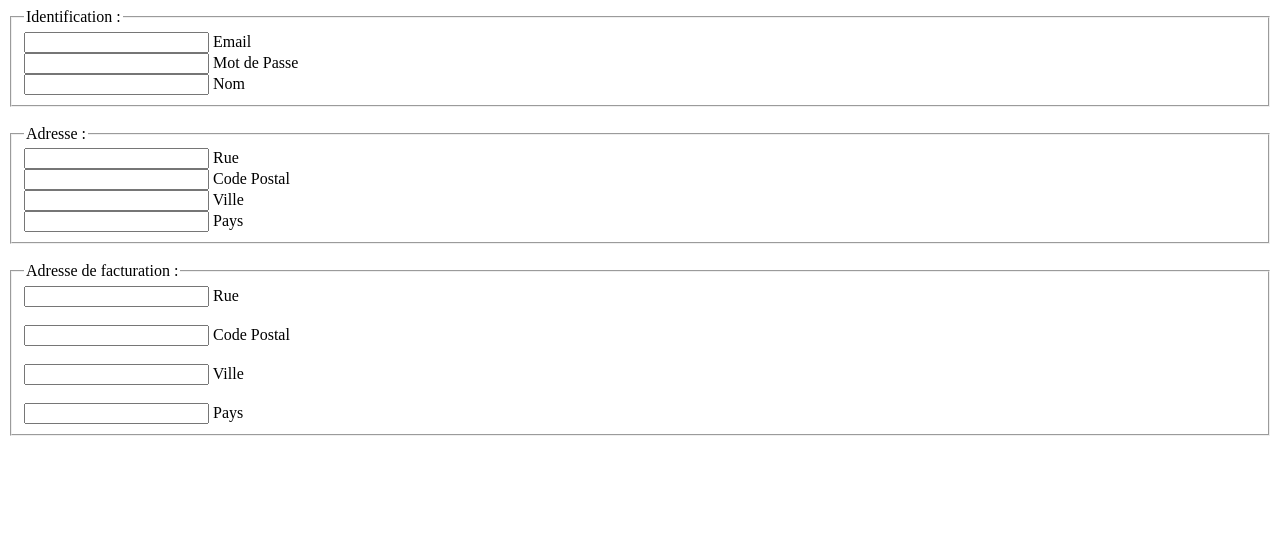
Repository: Tanox2450/ProjetFinalFrontWeb
Page: http://localhost/BoVoyageFrontOffice/fragments/formulaire.jsp
An editor plug-in stored every save of this project. The page is shown before and after the next save, followed by the edit.
The browser window is 1280 px wide. The pictures show the whole page.
The page is served by Tomcat 9.

Above is the page before, as saved 2015-08-24 12:55:47.

After the next save:
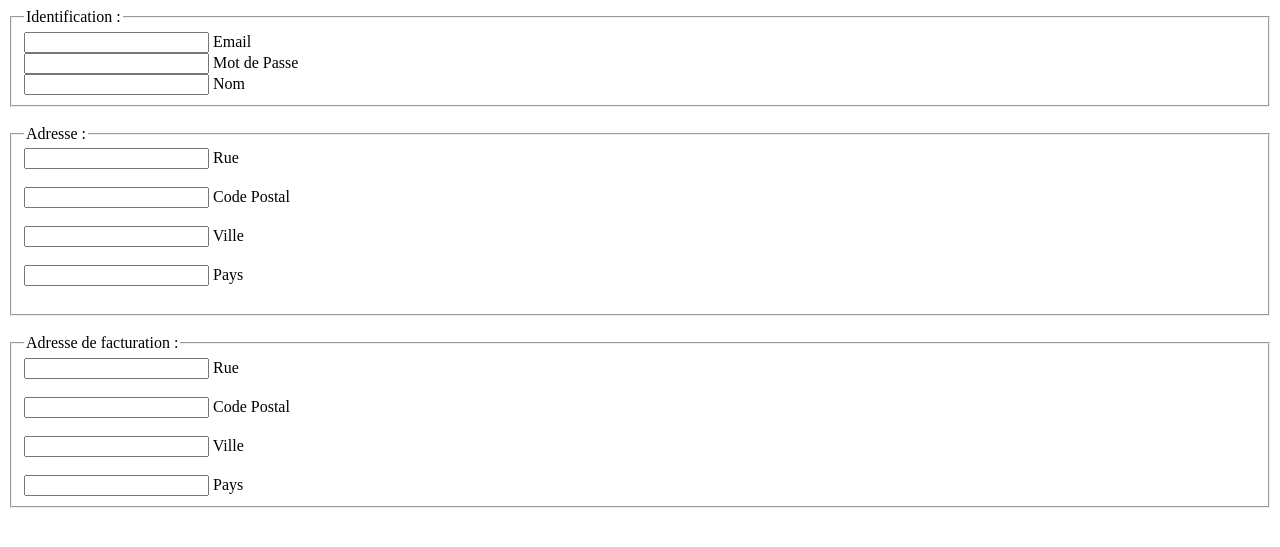
Saved 13 s later.
--- a/BoVoyageFrontOffice/WebContent/fragments/formulaire.jsp
+++ b/BoVoyageFrontOffice/WebContent/fragments/formulaire.jsp
@@ -35,22 +35,26 @@
 				<input class="mdl-textfield__input" type="text" name="street"
 					id="street" /> <label class="mdl-textfield__label" for="street">Rue</label>
 			</div>
+			<br />
 			<div
 				class="mdl-textfield mdl-js-textfield mdl-textfield--floating-label">
 				<input class="mdl-textfield__input" type="text" name="postalCode"
 					id="postalCode" /> <label class="mdl-textfield__label"
 					for="postalCode">Code Postal</label>
 			</div>
+			<br />
 			<div
 				class="mdl-textfield mdl-js-textfield mdl-textfield--floating-label">
 				<input class="mdl-textfield__input" type="text" name="city"
 					id="city" /> <label class="mdl-textfield__label" for="city">Ville</label>
 			</div>
+			<br />
 			<div
 				class="mdl-textfield mdl-js-textfield mdl-textfield--floating-label">
 				<input class="mdl-textfield__input" type="text" name="country"
 					id="country" /> <label class="mdl-textfield__label" for="country">Pays</label>
 			</div>
+			<br />
 		</fieldset>
 		<br />
 		<fieldset>
